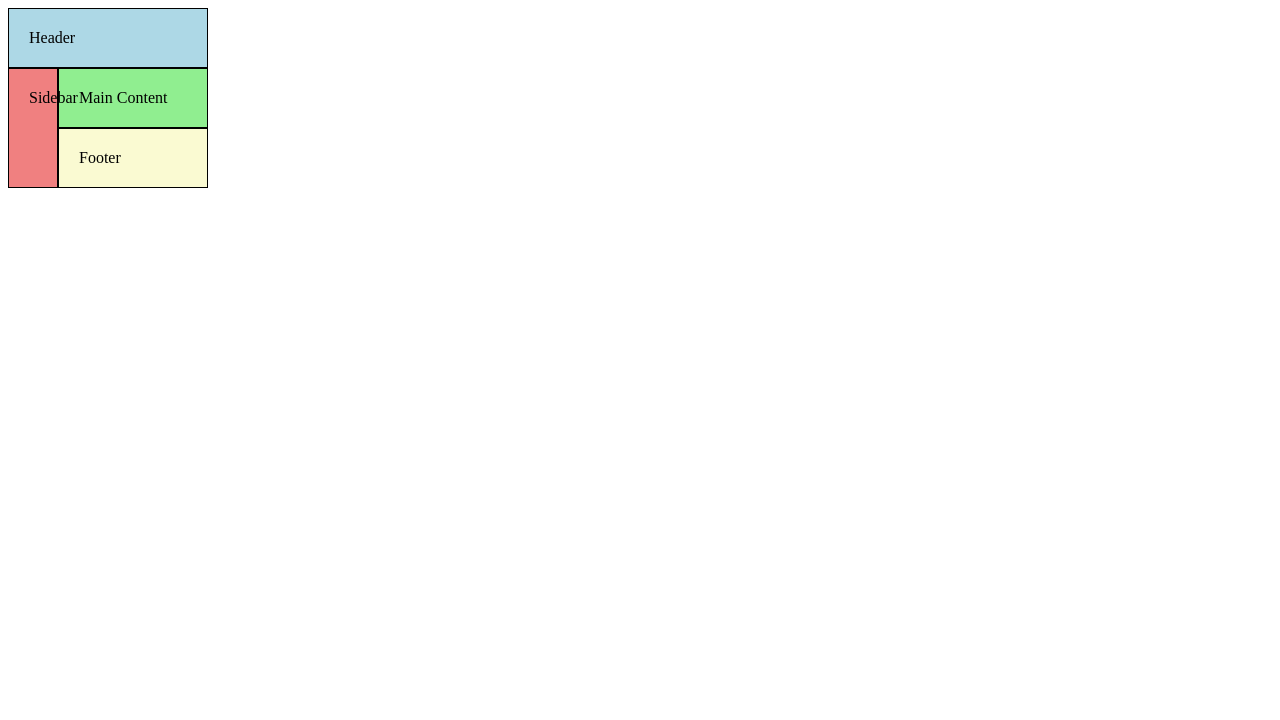
Repository: gustavotwist/desafio-grid
Page: assets/index.html
An editor plug-in stored every save of this project. The page is shown before and after the next save, followed by the edit.
The browser window is 1280 px wide. The pictures show the whole page.

Above is the page before, as saved 2024-08-13 18:48:02.

### assets/index.html
<!DOCTYPE html>
<html lang="pt-BR">
<head>
    <meta charset="UTF-8">
    <meta name="viewport" content="width=device-width, initial-scale=1.0">
    <title>Desafio Grid</title>
    <link rel="stylesheet" href="css/style.css">
</head>
<body>
    <div class="container">
        <header>Header</header>
        <main class="content">Main Content</main>
        <aside>Sidebar</aside>
        <footer>Footer</footer>
    </div>

</body>
</html>

### assets/css/style.css
.container {
    display: grid;
    grid-template-columns: 50px 50px 50px 50px;
    grid-template-rows: auto;
    grid-template-areas:
        "header header header header"
        "sidebar main main main"
        "sidebar footer footer footer";
}

header {
    grid-area: header;
    background-color: lightblue;
}
main {
    grid-area: main;
    background-color: lightgreen;
}
aside {
    grid-area: sidebar;
    background-color: lightcoral;
}
footer {
    grid-area: footer;
    background-color: lightgoldenrodyellow;
}

/* Apenas para melhor visualização */
header, main, aside, footer {
    padding: 20px;
    border: 1px solid #000;
}

After the next save:
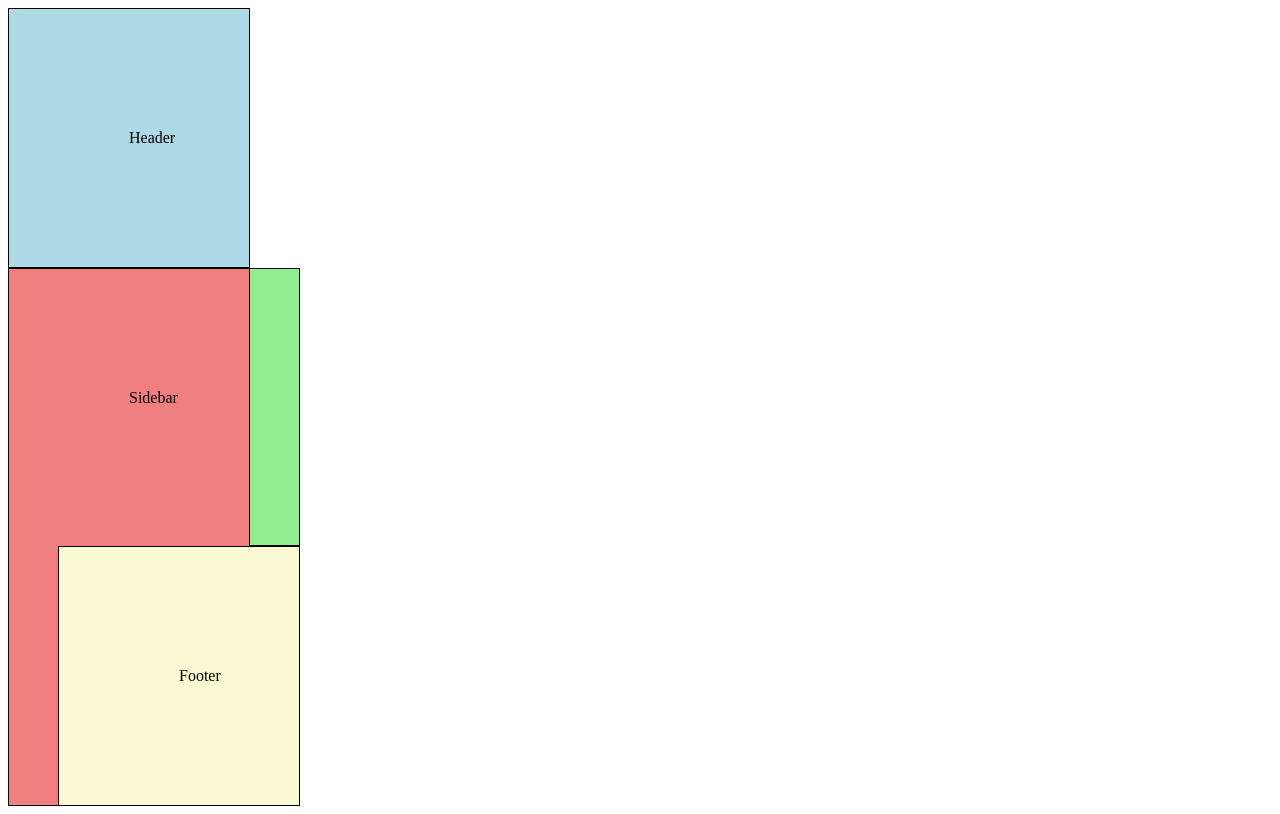
Saved 17 s later.
--- a/assets/css/style.css
+++ b/assets/css/style.css
@@ -27,6 +27,6 @@
 
 /* Apenas para melhor visualização */
 header, main, aside, footer {
-    padding: 20px;
+    padding: 120px;
     border: 1px solid #000;
 }

After the save that followed:
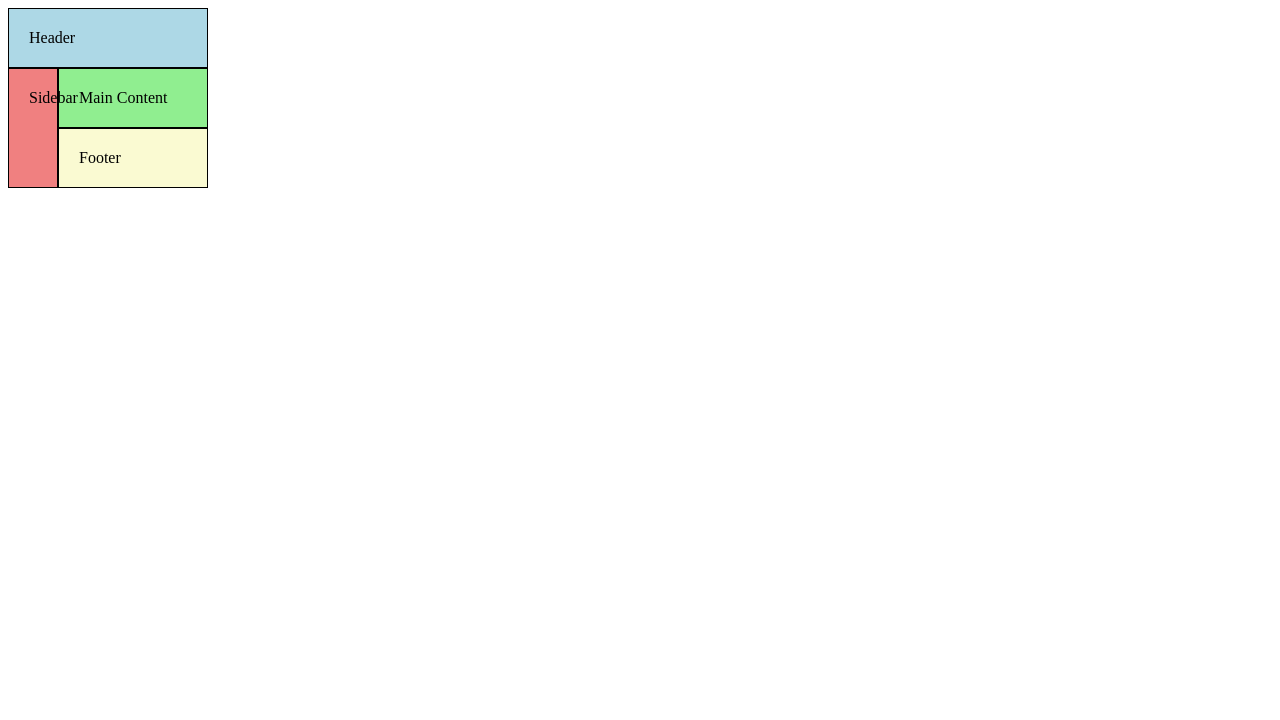
Saved 77 s later.
--- a/assets/css/style.css
+++ b/assets/css/style.css
@@ -27,6 +27,6 @@
 
 /* Apenas para melhor visualização */
 header, main, aside, footer {
-    padding: 120px;
+    padding: 20px;
     border: 1px solid #000;
 }
